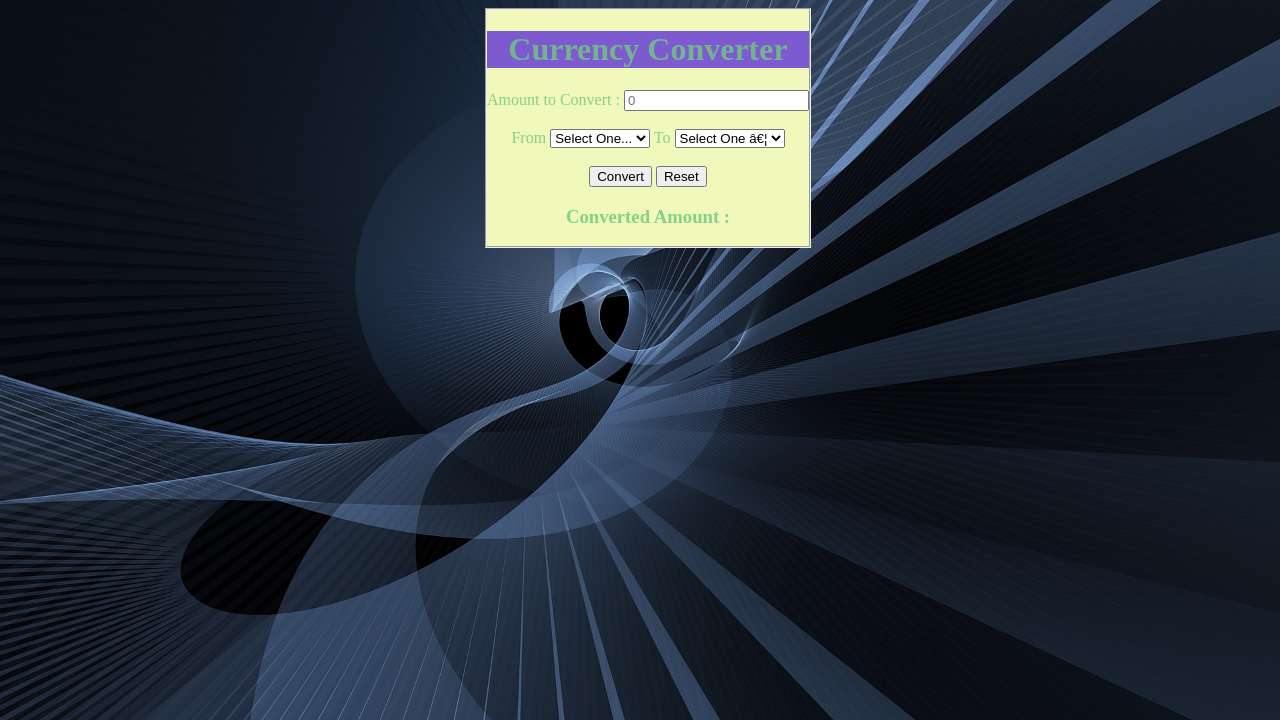
Repository: AJEET006/AdvanceJava-DSA
Page: ADVANCE_JAVA/HW_Example/WebContent/CurrencyConverter.html
These files come from the project's save history. The page is drawn as it stood at one moment and after the next save; the edit follows.
The browser window is 1280 px wide. The page is 1288 px wide, so the pictures cover 1288 px, including what lies to the right of the window. The pictures show the whole page.

Above is the page before, as saved 2022-06-21 20:00:53.

### ADVANCE_JAVA/HW_Example/WebContent/CurrencyConverter.html
<!DOCTYPE html>
<html>
<head>
<style>
	body{background-image:url("./home3.jpg"); height: 50%;width:100%;background-repeat: no-repeat;
	background-size: cover;}
</style>
<meta charset="ISO-8859-1">
<title>Insert title here</title>
</head>
<body>
	<center>
		<div style="color: rgba(110, 199, 126, 0.825);background-color: rgb(241, 248, 188);border: 2px;border-style:groove;
border: size 2px;width:fit-content;">
	<h1 style="background-color: rgb(126, 90, 208);">Currency Converter</h1>
		  Amount to Convert :
		<input type="text" placeholder="0">
			<br/><br/>
				From
			            <select>
							<option value="select">Select One...</option>
							<option value="USD">USD</option>
							<option value="INR">INR</option>
						</select>
                To
				    	<select class="Select">
							<option placeholder="Enter">Select One …</option>
							<option value="USD">USD</option>
							<option value="INR">INR</option>
						</select>
					<center><br/>

				<input type ="button" value="Convert"/>

				<input type ="button" value="Reset"/>

			    <h3>Converted Amount :</h3>

</center>

</div>
</body>
</html>

After the next save:
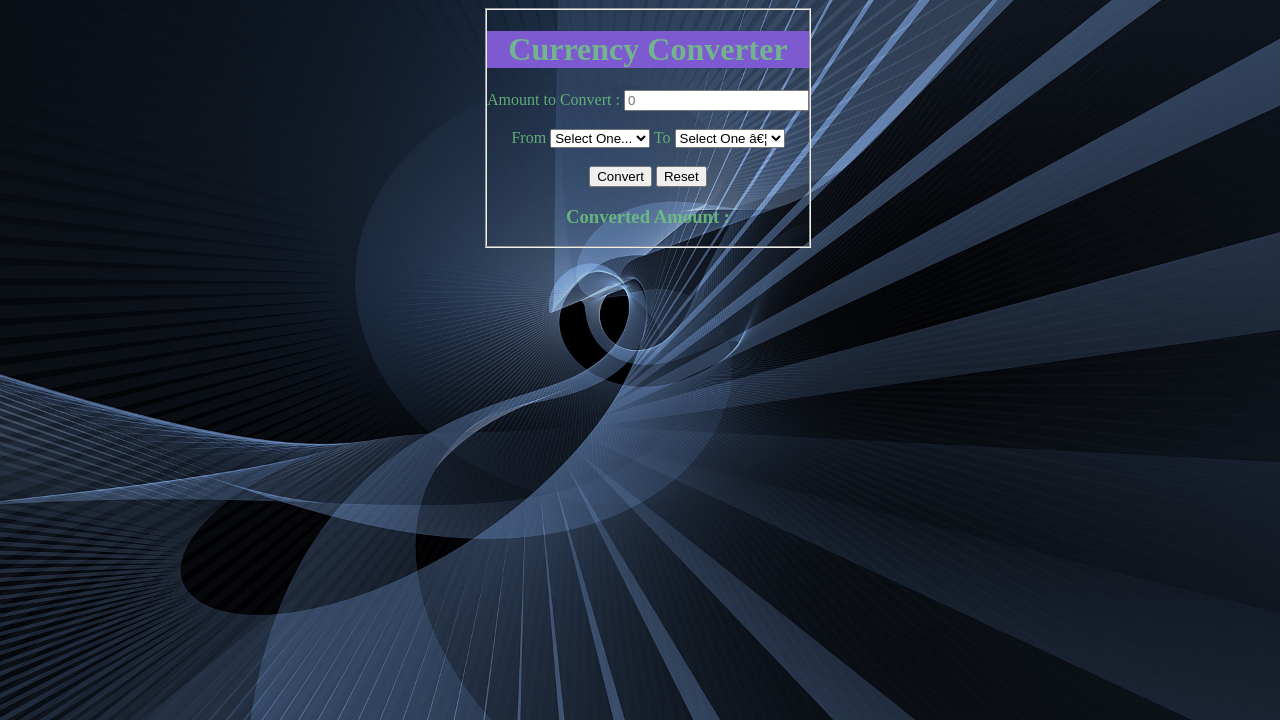
Saved 113 s later.
--- a/ADVANCE_JAVA/HW_Example/WebContent/CurrencyConverter.html
+++ b/ADVANCE_JAVA/HW_Example/WebContent/CurrencyConverter.html
@@ -10,7 +10,7 @@
 </head>
 <body>
 	<center>
-		<div style="color: rgba(110, 199, 126, 0.825);background-color: rgb(241, 248, 188);border: 2px;border-style:groove;
+		<div style="color: rgba(110, 199, 126, 0.825);border: 2px;border-style:groove;
 border: size 2px;width:fit-content;">
 	<h1 style="background-color: rgb(126, 90, 208);">Currency Converter</h1>
 		  Amount to Convert :
